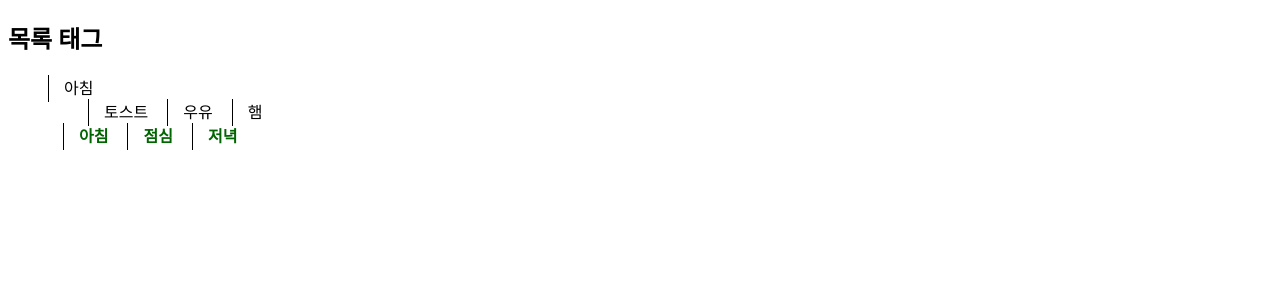
Repository: jinaa11/Kcc_Web
Page: Html/WebContent/list.html
An editor plug-in stored every save of this project. The page is shown before and after the next save, followed by the edit.
The browser window is 1280 px wide. The pictures show the whole page.

Above is the page before, as saved 2024-07-08 02:41:45.

### Html/WebContent/list.html
<!DOCTYPE html>
<html>
<head>
<meta charset="UTF-8">
<title>Insert title here</title>
<style type="text/css">
	li {
		display: inline;
		padding: 5px 15px;
		border-left: 1px solid #000;
	}

	a{
		text-decoration: none;
		color: darkgreen;
		font-weight: bold;
		fond-size: 18px;
	}
</style>
</head>
<body>
	<h2>목록 태그</h2>
	<ul>
		<li>아침
			<ul>
				<li>토스트</li>
				<li>우유</li>
				<li>햄</li>
			</ul>
		</li>
		<li><a href="#">아침</a></li>
		<li><a href="#">점심</a></li>
		<li><a href="#">저녁</a></li>
	</ul>
</body>
</html>

After the next save:
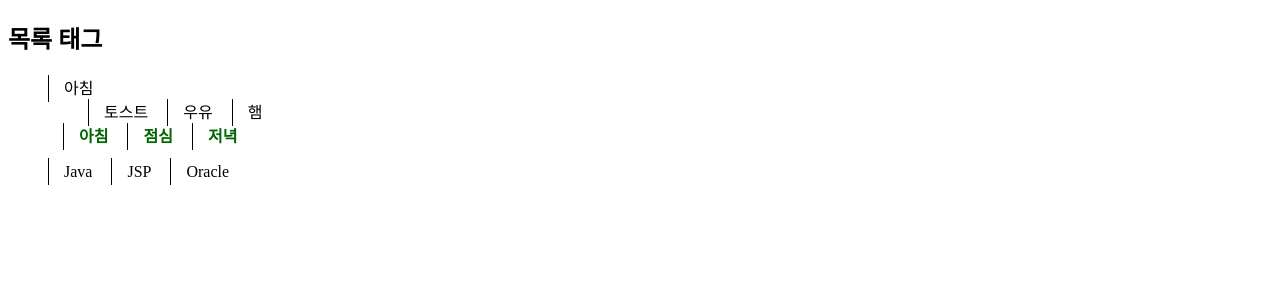
Saved 59 s later.
--- a/Html/WebContent/list.html
+++ b/Html/WebContent/list.html
@@ -32,5 +32,11 @@
 		<li><a href="#">점심</a></li>
 		<li><a href="#">저녁</a></li>
 	</ul>
+
+	<ol>
+		<li>Java</li>
+		<li>JSP</li>
+		<li>Oracle</li>
+	</ol>
 </body>
 </html>
